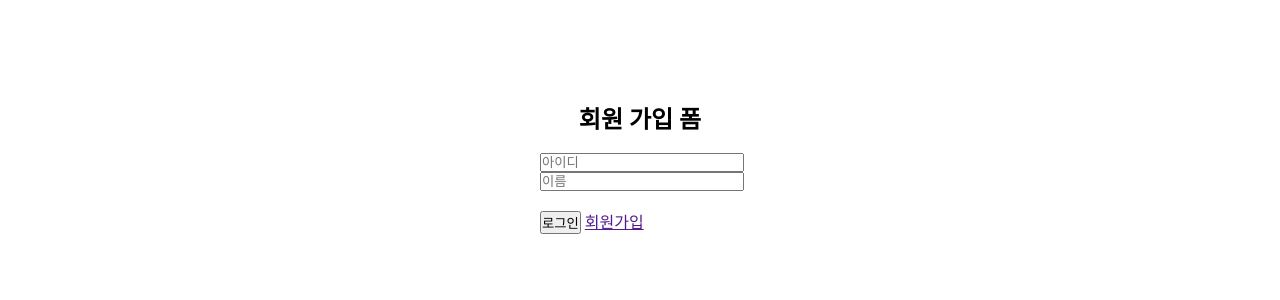
Repository: soeun1365/ServerProgram1
Page: http://localhost/ServerProgram1/join.jsp
The author's editor kept a copy of each file at every save. The page is drawn from the files as they stood at one save, then again after the next save.
The browser window is 1280 px wide. The pictures show the whole page.
The page is served by Tomcat 9.

Above is the page before, as saved 2021-06-14 08:12:31.

After the next save:
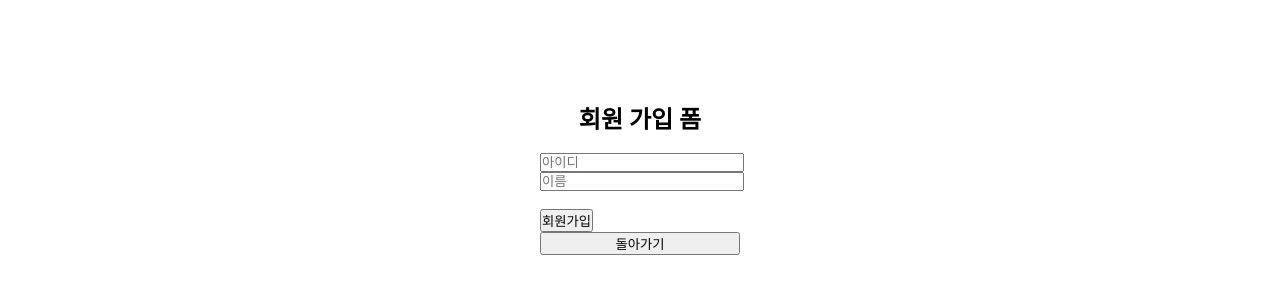
Saved 25 s later.
--- a/ServerProgram1/WebContent/join.jsp
+++ b/ServerProgram1/WebContent/join.jsp
@@ -46,8 +46,8 @@
 		<input type="text" id="id" name="id" placeholder="아이디"><br>
 		<input type="text" id="name" name="name" placeholder="이름"><br>
 		<br>
-		<button>로그인</button>
-		<a href="">회원가입</a>
+		<button>회원가입</button>
+		<input type="button" value="돌아가기"
 	</form>
 </body>
 </html>
